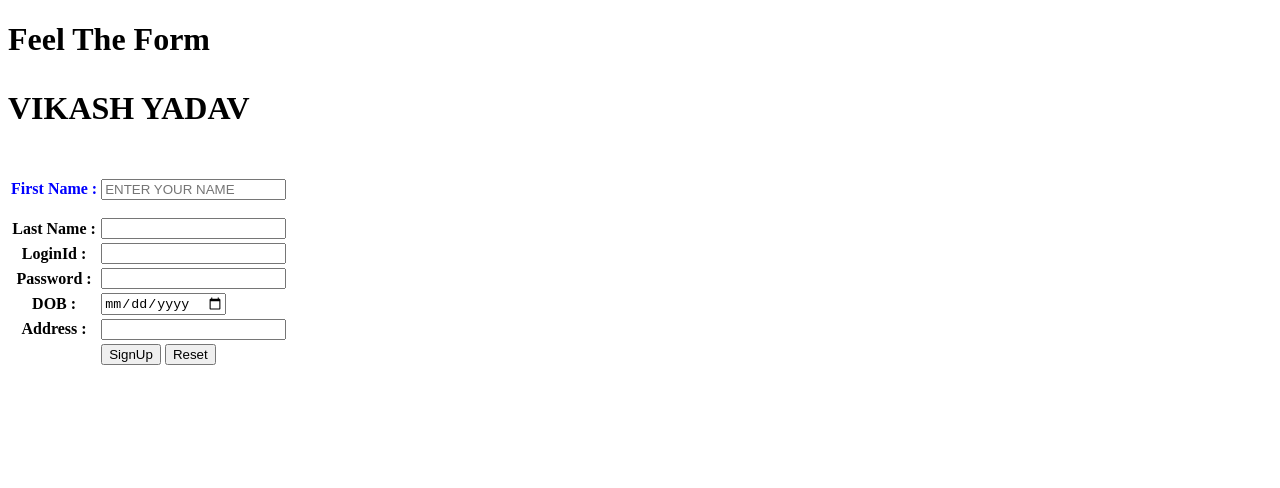
Repository: vikash9562/AdvanceJava
Page: http://localhost/DynamicProject/UserRegistration.jsp
These files come from the project's save history. The page is drawn as it stood at one moment and after the next save; the edit follows.
The browser window is 1280 px wide. The pictures show the whole page.
The page is served by Tomcat 9. Other server files are loaded and not shown.

Above is the page before, as saved 2023-08-17 08:51:45.

### advance java/DynamicProject/WebContent/UserRegistration.jsp
<%@ page language="java" contentType="text/html; charset=ISO-8859-1"
	pageEncoding="ISO-8859-1"%>
<!DOCTYPE html>
<html>
<head>
<meta charset="ISO-8859-1">
<title>Insert title here</title>
</head>
<body>
<%
	String msg = (String)request.getAttribute("msg");
	%>
	<form action="FirstServlet.jsp" method="post">
		<table>
				<tr>
					<%
						if (msg != null) {
				%>

				<%=msg%>

				<%
						}
				%>
					</tr>
				<h1>
					<div style="bacground-color: Lightblue:">Feel The Form</div>
					<p style="color: red:"></p>
					<pstyle="color: #008000;"> VIKASH YADAV</p>
					</h1>
			<tr>
				<th><p style="color: BLUE">First Name :</p></th>
				<td><input type="text" placeholder = "ENTER YOUR NAME" name="firstName"></td>
			</tr>
			<tr>
				<th>Last Name :</th>
				<td><input type="text" name="lastName"></td>
			</tr>
			<tr>
				<th>LoginId :</th>
				<td><input type="text" name="loginId"></td>
			</tr>
			<tr>
				<th>Password :</th>
				<td><input type="password" name="password"></td>
			</tr>
			<tr>
				<th>DOB :</th>
				<td><input type="date" name="dob"></td>
			</tr>
			<tr>
				<th>Address :</th>
				<td><input type="text" name="address"></td>
			</tr>
			<tr>
				<th></th>
				<td><input type="submit" name="opertion" value="SignUp">
				<input type="submit" name="opertion" value="Reset"></td>

			</tr>
		</table>
	</form>
</body>
</html>

After the next save:
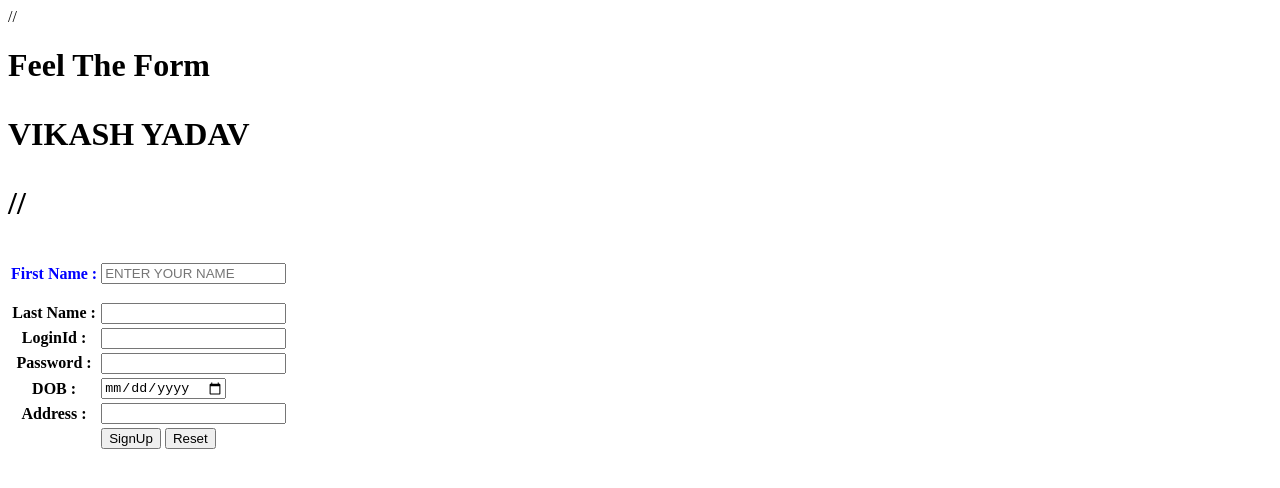
Saved 87 s later.
--- a/advance java/DynamicProject/WebContent/UserRegistration.jsp
+++ b/advance java/DynamicProject/WebContent/UserRegistration.jsp
@@ -23,11 +23,11 @@
 						}
 				%>
 					</tr>
-				<h1>
+				//<h1>
 					<div style="bacground-color: Lightblue:">Feel The Form</div>
 					<p style="color: red:"></p>
 					<pstyle="color: #008000;"> VIKASH YADAV</p>
-					</h1>
+					//</h1>
 			<tr>
 				<th><p style="color: BLUE">First Name :</p></th>
 				<td><input type="text" placeholder = "ENTER YOUR NAME" name="firstName"></td>
